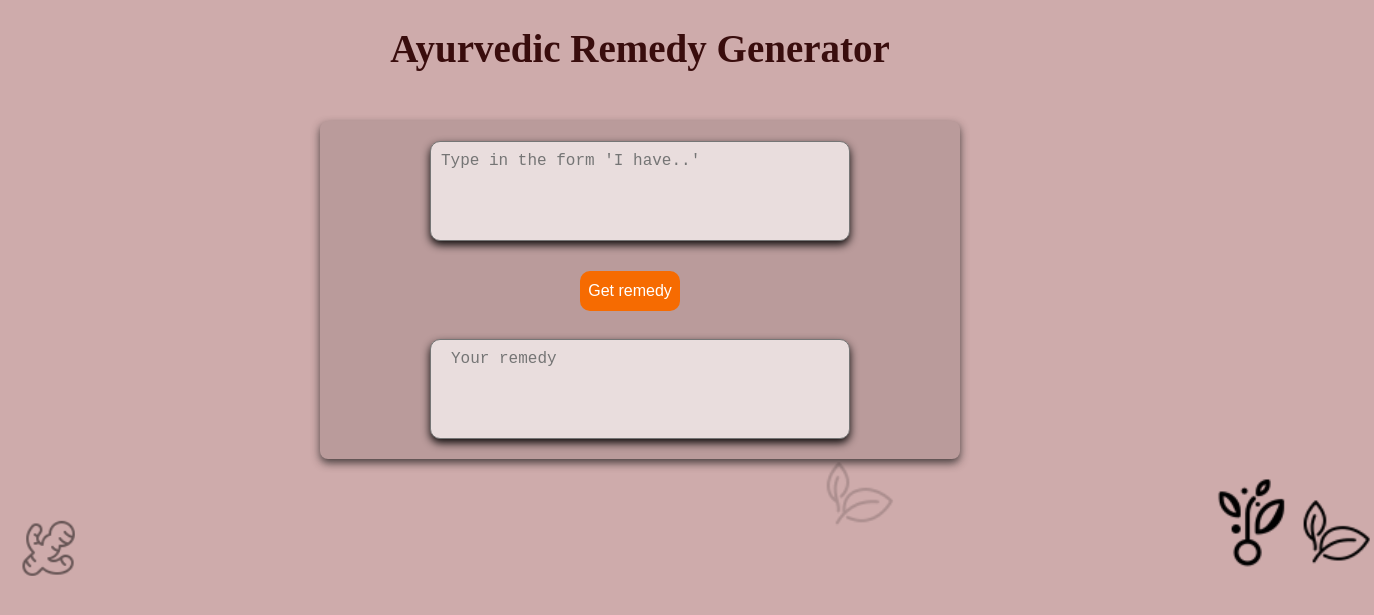
Repository: krutarthh/Ayurvedic-Remedy
Page: index.html
The author's editor kept a copy of each file at every save. The page is drawn from the files as they stood at one save, then again after the next save.
The browser window is 1280 px wide. The page is 1374 px wide, so the pictures cover 1374 px, including what lies to the right of the window. The pictures show the whole page.

Above is the page before, as saved 2024-04-10 15:03:38.

After the next save:
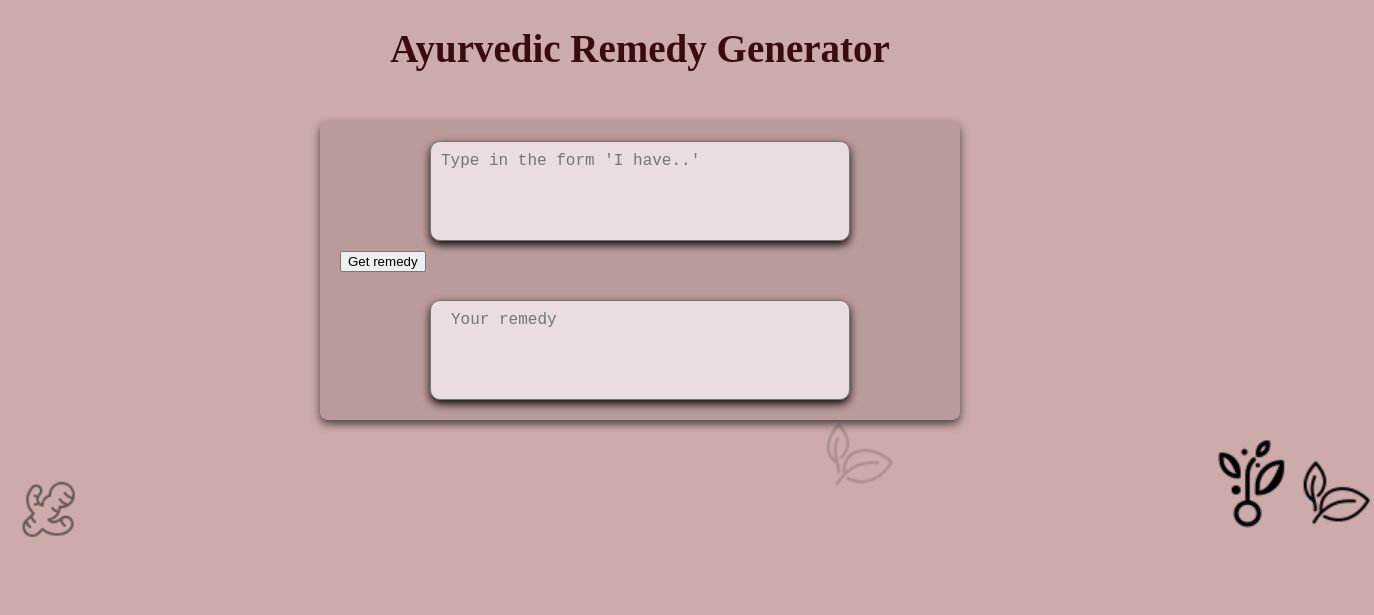
Saved 30 s later.
--- a/app.css
+++ b/app.css
@@ -31,16 +31,7 @@
 }
 
 #Send {
-    width: 100px;
-    height: 40px;
-    background-color: #f66b01;
-    color: white;
-    border: none;
-    border-radius: 10px;
-    font-size: 16px;
-    cursor: pointer;
-    margin-left: 40% ;
-    margin-top: 20px;
+
 }
 
 #answer {

After the 5 saves that followed:
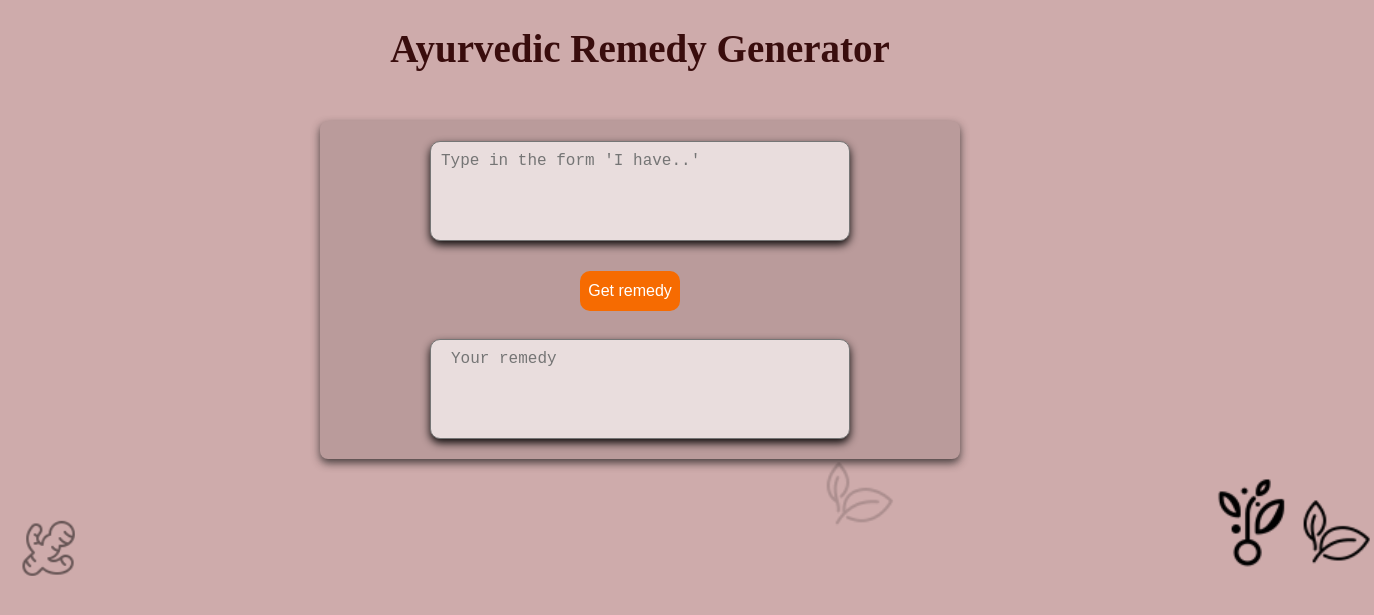
The 5 saves are shown as one change because 3 left the picture as it was and some came seconds apart.
The last was saved 48 s later.
--- a/app.css
+++ b/app.css
@@ -30,9 +30,8 @@
     margin-bottom: 10px;
 }
 
-#Send {
 
-}
+
 
 #answer {
     padding-left: 20px;
@@ -112,9 +111,16 @@
   }
 
   #Send {
-    position: relative;
-    z-index: 1;
-    /* ... */
+    width: 100px;
+    height: 40px;
+    background-color: #f66b01;
+    color: white;
+    border: none;
+    border-radius: 10px;
+    font-size: 16px;
+    cursor: pointer;
+    margin-left: 40% ;
+    margin-top: 20px;
   }
 
   #Send:after {
